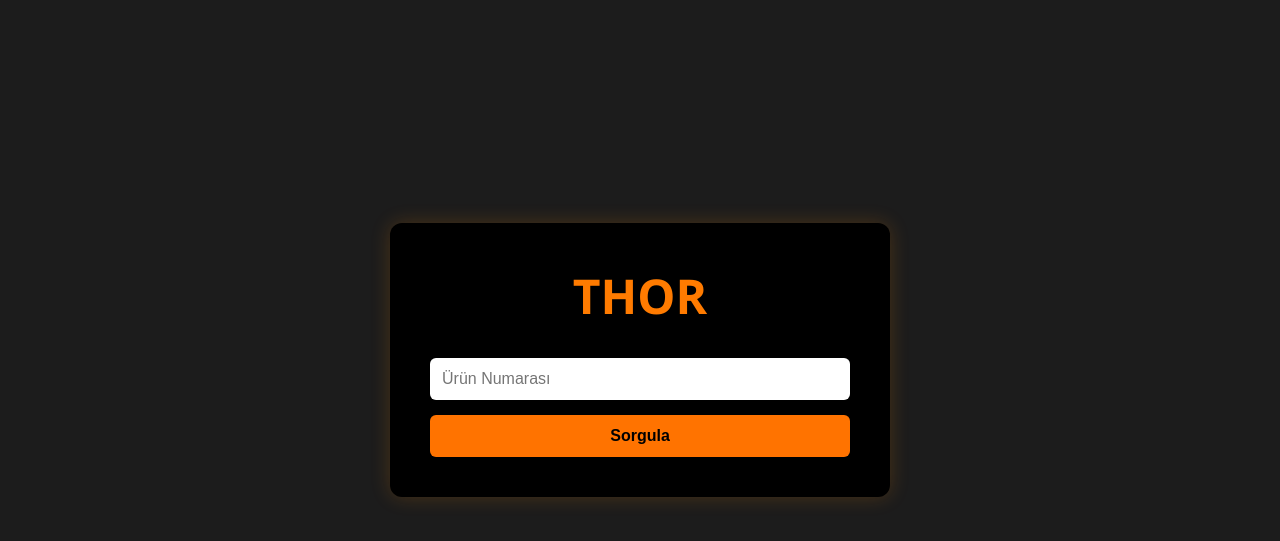
Repository: emrehendemoglu/warranty-inquiry
Page: http://localhost/
These files come from the project's save history. The page is drawn as it stood at one moment and after the next save; the edit follows.
The browser window is 1280 px wide. The pictures show the whole page.
The page is served by the project's application, run on Flask 3 (app.py).

Above is the page before, as saved 2025-07-21 16:05:27.

After the next save:
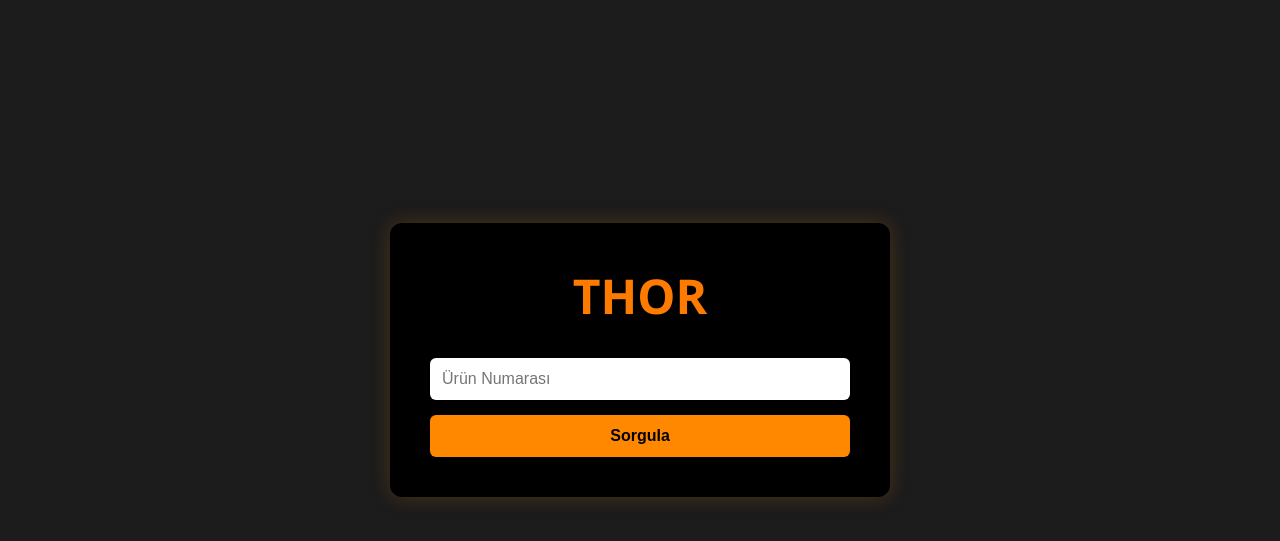
Saved 17 s later.
--- a/templates/index.html
+++ b/templates/index.html
@@ -57,7 +57,7 @@
             font-size: 16px;
             border: none;
             border-radius: 6px;
-            background-color: rgb(255, 115, 0);
+            background-color: rgb(255, 136, 0);
             color: #000;
             font-weight: bold;
             cursor: pointer;
